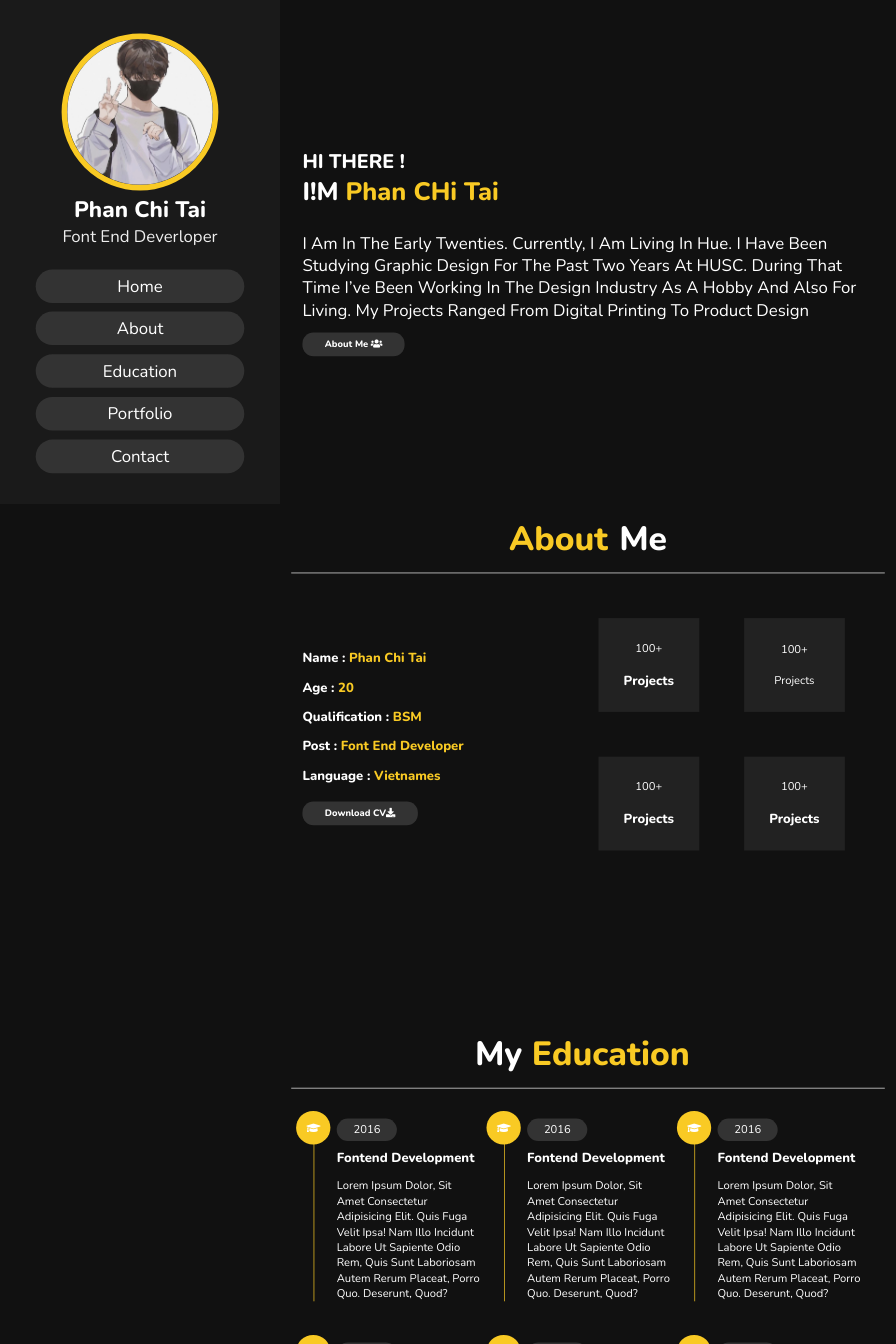
Repository: PCTai/My-profile
Page: index.html
The author's editor kept a copy of each file at every save. The page is drawn from the files as they stood at one save, then again after the next save.
The browser window is 1280 px wide. The pictures show the part of the page from y = 0 to 1920 px (the page is 2979 px tall), at 70% of full size.

Above is the page before, as saved 2022-01-12 09:25:33.

### index.html
<!DOCTYPE html>
<html lang="en">
<head>
    <meta charset="UTF-8">
    <meta http-equiv="X-UA-Compatible" content="IE=edge">
    <meta name="viewport" content="width=device-width, initial-scale=1.0">
    <link rel="preconnect" href="https://fonts.googleapis.com">
    <link rel="preconnect" href="https://fonts.gstatic.com" crossorigin>
    <link href="https://fonts.googleapis.com/css2?family=Nunito:ital,wght@0,400;0,600;0,800;1,200;1,300&display=swap" rel="stylesheet">
    <link rel="stylesheet" href="./assets/font/fontawesome-free-5.15.3-web/css/all.css">

    <link rel="stylesheet" href="./assets/css/style.css">
    <link rel="stylesheet" href="./assets/css/reponsive.css">
    <title>Document</title>
</head>
<body>
    <span class="bg-layer"> </span>
    <!-- Header start -->
    <header>
        <div class="user">
            <img src="./assets/imgs/user.jpg" alt="">
            <h3 class="name">Phan Chi Tai</h3>
            <div class="post">Font End Deverloper</div>
        </div>
        <div class="navbar">
            <ul>
                <li><a href="#home">home</a></li>
                <li><a href="#about">About</a></li>
                <li><a href="#education">Education</a></li>
                <li><a href="#portfolio">Portfolio</a></li>
                <li><a href="#contact">Contact</a></li>
            </ul>
        </div>
    </header>
    <!-- Header end -->
    <div id="menu"class="fas fa-bars">
    </div>
    <!-- start home -->
    <section id="home" class="home">

        <h3>HI THERE !</h3>
        <h1>I!M <span>Phan CHi Tai</span></h1>
        <p>I am in the early twenties. Currently, I am living in Hue. I have been studying graphic design for the past two years at  HUSC. During that time I’ve been working in the design industry as a hobby and also for living. My projects ranged from digital printing to product design</p>
        <a href="#about"> <button class="btn">About me <i class="fas fa-users"></i></button></a>


    </section>
    <!-- end home -->
    <!-- start about -->
    <section id="about" class="about">
        <div class="heading"><h1><span>About</span>Me</h1></div>
        <div class="row">
            <div class="info">
                <h3>Name : <span>Phan Chi Tai</span></h3>
                <h3>Age : <span>20</span></h3>
                <h3>Qualification : <span>BSM</span></h3>
                <h3>Post : <span>Font End Developer</span></h3>
                <h3>Language : <span>Vietnames</span></h3>
                <a href="#about"> <button class="btn">Download CV<i class="fas fa-download"></i></button></a>
            </div>
            <div class="counter">
                <div class="box">
                    <span>100+</span>
                    <br>
                    <h3>projects</h3>
                </div>
                <div class="box">
                    <span>100+</span>
                    <br>
                    <p>projects</p>
                </div>
                <div class="box">
                    <span>100+</span>
                    <br>
                    <h3>projects</h3>
                </div>
                <div class="box">
                    <span>100+</span>
                    <br>
                    <h3>projects</h3>
                </div>
            </div>
        </div>
    </section>

    <!-- end about -->
    <!-- start education -->
    <section id="education" class="education">
        <div class="heading"><h1 >My <span>Education</span></h1></div>
        <div class="container-box">
            <div class="box-e">
                <i class="fas fa-graduation-cap"></i>
                <span>2016</span>
                <h3>Fontend development</h3>
                <p>Lorem ipsum dolor, sit amet consectetur adipisicing elit. Quis fuga velit ipsa! Nam illo incidunt labore ut sapiente odio rem, quis sunt laboriosam autem rerum placeat, porro quo. Deserunt, quod?</p>
            </div>
            <div class="box-e">
                <i class="fas fa-graduation-cap"></i>
                <span>2016</span>
                <h3>Fontend development</h3>
                <p>Lorem ipsum dolor, sit amet consectetur adipisicing elit. Quis fuga velit ipsa! Nam illo incidunt labore ut sapiente odio rem, quis sunt laboriosam autem rerum placeat, porro quo. Deserunt, quod?</p>
            </div>
            <div class="box-e">
                <i class="fas fa-graduation-cap"></i>
                <span>2016</span>
                <h3>Fontend development</h3>
                <p>Lorem ipsum dolor, sit amet consectetur adipisicing elit. Quis fuga velit ipsa! Nam illo incidunt labore ut sapiente odio rem, quis sunt laboriosam autem rerum placeat, porro quo. Deserunt, quod?</p>
            </div>
            <div class="box-e">
                <i class="fas fa-graduation-cap"></i>
                <span>2016</span>
                <h3>Fontend development</h3>
                <p>Lorem ipsum dolor, sit amet consectetur adipisicing elit. Quis fuga velit ipsa! Nam illo incidunt labore ut sapiente odio rem, quis sunt laboriosam autem rerum placeat, porro quo. Deserunt, quod?</p>
            </div>
            <div class="box-e">
                <i class="fas fa-graduation-cap"></i>
                <span>2016</span>
                <h3>Fontend development</h3>
                <p>Lorem ipsum dolor, sit amet consectetur adipisicing elit. Quis fuga velit ipsa! Nam illo incidunt labore ut sapiente odio rem, quis sunt laboriosam autem rerum placeat, porro quo. Deserunt, quod?</p>
            </div>
            <div class="box-e">
                <i class="fas fa-graduation-cap"></i>
                <span>2016</span>
                <h3>Fontend development</h3>
                <p>Lorem ipsum dolor, sit amet consectetur adipisicing elit. Quis fuga velit ipsa! Nam illo incidunt labore ut sapiente odio rem, quis sunt laboriosam autem rerum placeat, porro quo. Deserunt, quod?</p>
            </div>

        </div>
    </section>
    <!-- end education -->

    <!-- start portfolio -->
    <section id="portfolio" class="portfolio">
        <div class="heading"><h1 >My <span>Portfolio</span></h1></div>
        <div class="container-box">
            <div class="box-p">
                <img src="./assets/imgs/image1.jfif" alt="">
            </div>
            <div class="box-p">
                <img src="./assets/imgs/image2.jfif" alt="">
            </div>
            <div class="box-p">
                <img src="./assets/imgs/image3.png" alt="">
            </div>
            <div class="box-p">
                <img src="./assets/imgs/image4.png" alt="">
            </div>
            <div class="box-p">
                <img src="./assets/imgs/image5.jfif" alt="">
            </div>
            <div class="box-p">
                <img src="./assets/imgs/image6.jfif" alt="">
            </div>
        </div>
    </section>
    <!-- end portfolio -->

    <script src="./app.js"></script>
</body>
</html>

### assets/css/style.css
:root{
    --yellow: #f9ca24;
}
*{
    font-family: 'Nunito', sans-serif;
    margin: 0;padding: 0;
    box-sizing: border-box;
    text-decoration: none;
    outline: none;border: none;
    text-transform: capitalize;
    transition: all .2s linear;
}
html{
    font-size: 62,5%;
    overflow: hidden;
}
::selection{
    background-color: var(--yellow);
    color: #333;

}
html::-webkit-scrollbar{
    width: 2rem;
}
html::-webkit-scrollbar-track{
    background-color: #333;
}
html::-webkit-scrollbar-thumb{
    background-color: var(--yellow);
}
body{
    padding-left: 25rem;
    background: #111;
}
header{
    position: fixed;
    top: 0;
    left: 0;
    z-index: 1000;
    height: 100%;
    display: flex;
    flex-direction: column;
    justify-content: center;
    align-items: center;
    width: 25rem;
    background-color: #1a1a1a;
}

.user img{
    margin-top: 2rem;
    height: 14rem;
    width: 14rem;
    border-radius: 50%;
    object-fit: cover;
    border: 0.5rem solid var(--yellow);

}
header .user .name{
    text-align: center;
    font-size: 2rem;
    color: #fff;
}
header .user .post{
    text-align: center;
    font-size: 1.5rem;
    color: #eee;
}
header .navbar ul{
    margin-top: 1rem;
    list-style: none;
    padding: 1rem 3rem;
}
header .navbar ul li a:hover{
    background-color: var(--yellow);
}
header .navbar ul li a{
    display: block;
    padding: 0.5rem 6rem;
   margin-bottom: 0.8rem;
   background-color: #333;
   color: #fff;
   font-size: 1.5rem;
   border-radius: 5rem;
   text-align: center;
   cursor: pointer;
}
#menu:hover{
    color: var(--yellow);
}


#menu{
    position: fixed;
    z-index: 1000;
    top: 1rem;
    right: 1rem;
    color: #fff;
    padding: 1rem;
    background-color: #222;
    font-size: 2rem;
    cursor: pointer;
}
section{
    min-height: 100vh;
    padding: 1rem;
}
/* home */
.home{
    font-size: 1.5rem;
    color: #fff;
    display: flex;
    flex-direction: column;
    padding: 0 2rem;
    justify-content: center;
}
.btn:hover{
    background-color: var(--yellow);
    cursor: pointer;
}
.btn{
    padding: 0.5rem 2rem;
    border-radius: 1rem;
    margin-top: 1rem;
    font-weight: bold;
    background-color: #333;
    color: #fff;
}
.home span{
    color: var(--yellow);
    margin-bottom: 2rem;

}
.home h1{
    margin-bottom: 2rem;

}
/* about */
.about , .education,.portfolio{
    color: #fff;

}
.heading{
    font-size: 2rem;
    text-align: center;
    padding: 1rem;
    border-bottom: 0.1rem solid #eee;

}
.heading span{
    color: var(--yellow);
    padding-right: 1rem;
}
.info{
    flex: 1 1 45%;
    padding: 1rem;
    padding-left: 1rem;

}
.info span{
    color: var(--yellow);
}
.info h3{
    padding: 0.5rem 0;
}
.row{
    margin-top: 2rem;
    display: flex;
    justify-content: center;
    align-items: center;
    flex-wrap: wrap;

}
.counter{
    flex:1 1 55%;
    width: 55%;
    justify-content: center;
    display: flex;
    flex-wrap: wrap;

}
.box{
    background-color: #222;
    width: 7.5rem;
    padding: 2rem 0;
    text-align: center;
    margin: 0.5rem;
    display: flex;
    flex-direction: column;
    align-items: center;
    justify-content: center;

}

/* education */
.container-box{
    padding-left: 2rem;
    margin-top: 3rem;
    display: flex;
    flex-wrap: wrap;

}
.box-e{
    flex:33.33%;
    border-left: 0.1rem solid var(--yellow);
    padding: 0 2rem;
    margin-bottom: 4rem;
    position: relative;
}
.box-e span{
    height: 1rem;
    padding:  0.3rem 1.5rem;
    background-color: #333;
    border-radius: 3rem;
}
.box-e h3{
    margin: 1rem 0;
}
.box-e i{
    position: absolute;
    left: -1.6rem;
    top: -1rem;
    padding: 1rem 0.9rem;
    border-radius: 50%;
    background-color: var(--yellow);
    text-align: center;

}
/* portfolio */
.box-p{
    flex:33.33%;
    padding: 0 2rem;

}
.box-p img{
    width: 100%;
    height: 80%;
}

### assets/css/reponsive.css

@media (min-width:1200px){
    #menu{
        display: none;
    }
    .box{
        width: 15rem;
        margin: 2rem;
    }
    html{
        font-size: 100%;
    }
    .about{
        padding: 0 1rem;
    }

}
@media (min-width:1024px){
    #menu{
        display: none;
    }
    .box{
        width: 9rem;
    }
    header{
        left: 0% !important;
    }
    .box-p{
        flex:33.33%;
        padding: 0 2rem;

    }
}
@media (min-width:1024px) and (max-width:1125px){
    .box-e{
        flex:49%;
    }
    .box-p{
        flex:49%;
    }
}
@media (max-width:1024px){
    header{
        left: -125%;
    }
    body{
        padding: 0 2rem;
    }
    #menu{
        display: block;
    }
    .box{
        width: 9rem;
        margin: 1.5rem;
    }
}
@media (max-width:486px){

    section{
        width: 100%;
        font-size: 60%;
        padding: 2rem 0;
        margin: 0;
    }
    header{

        width: 100vw;
    }
    .toggle{
        left: -125% ;
    }
   .info,.counter{
        width: 100%;
   }
   .about{
       font-size: 80%;
   }
   .heading{
       font-size: 1.4rem;
   }
   .box{
    width: 100%;
    margin: 1rem 0;
    }
    .box-p{
        flex: 100% !important;
    }
}

@media (max-width:745px){
    .box-e{
        flex: 100%;
    }

}
@media (max-width:939px){
    .row{
        flex-direction: column;
    }
    .info,.counter{
        width: 100%;
   }
   .box-e{
        flex:49%;
    }
    .box-p{
        flex:49%;
    }
}

### app.js

var menu=document.getElementById('menu');
var header=document.querySelector('header');
menu.onclick=function(e){
    if(this.className=='fas fa-bars'){
        this.classList.remove('fa-bars');
        this.classList.add('fa-times');
        header.style='left:0%';
    }
    else{
        this.classList.remove('fa-times');
        this.classList.add('fa-bars');
        header.style='left:-125%';
    }
};
var section = document.querySelectorAll('section');
for(var i=0 ; i<section.length;i++){
    // console.log(section[i]);
    section[i].onclick =function(){
        if(screen.width<'1024'){
            header.style='left:-125%';
            menu.classList.remove('fa-times');
            menu.classList.add('fa-bars');
        }

    }

}

var navbar = document.querySelectorAll('header .navbar ul li a');
for(var i=0 ; i<navbar.length;i++){
    // console.log(section[i]);
    navbar[i].onclick =function(){
        if(screen.width<'1024'){
            header.style='left:-125%';
            menu.classList.remove('fa-times');
            menu.classList.add('fa-bars');
        }

    }

}

Loaded but not shown: assets/font/fontawesome-free-5.15.3-web/css/all.css (library)

After the next save:
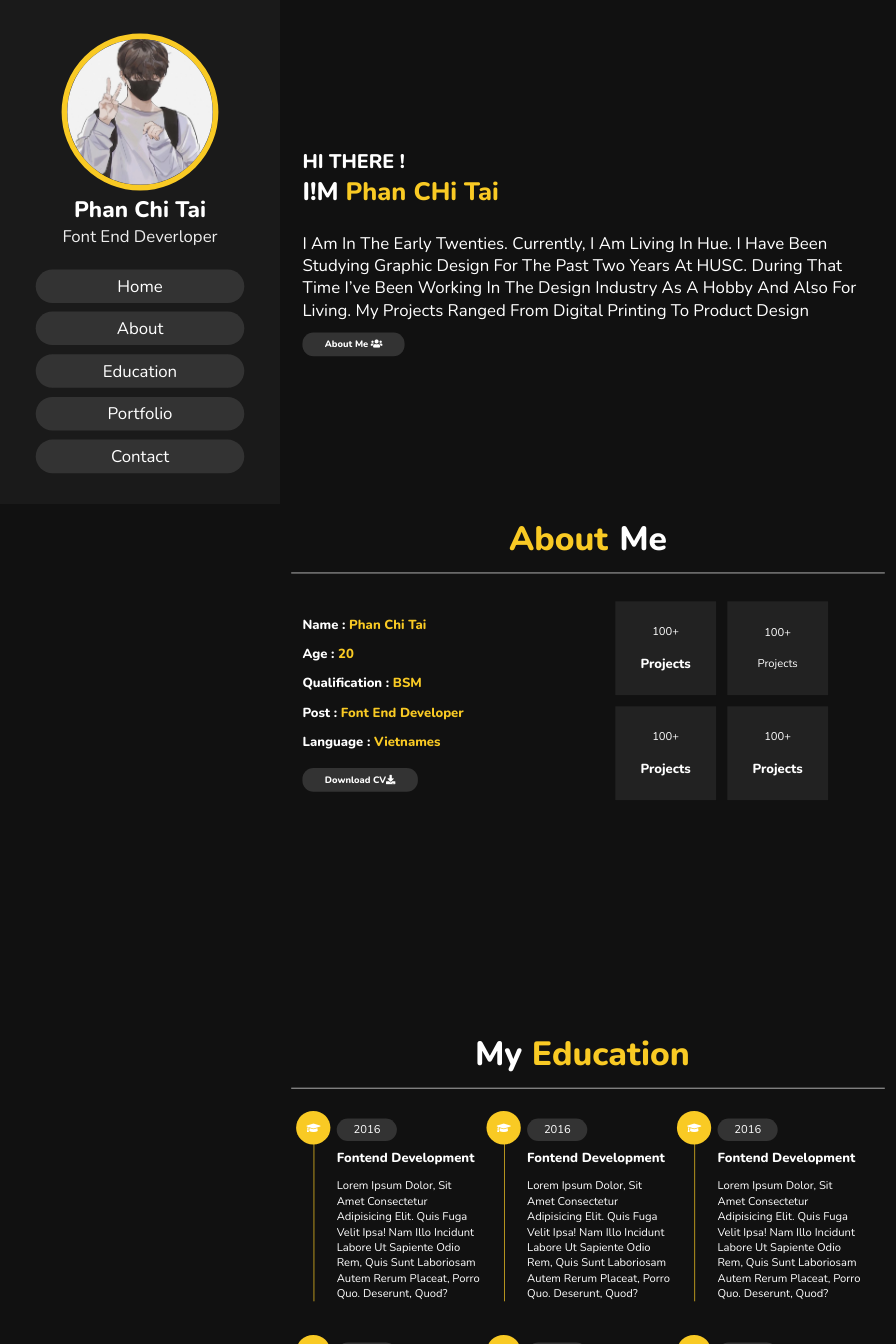
Saved 36 s later.
--- a/assets/css/reponsive.css
+++ b/assets/css/reponsive.css
@@ -3,7 +3,7 @@
     #menu{
         display: none;
     }
-    .box{
+    .counter.box{
         width: 15rem;
         margin: 2rem;
     }

After the save that followed:
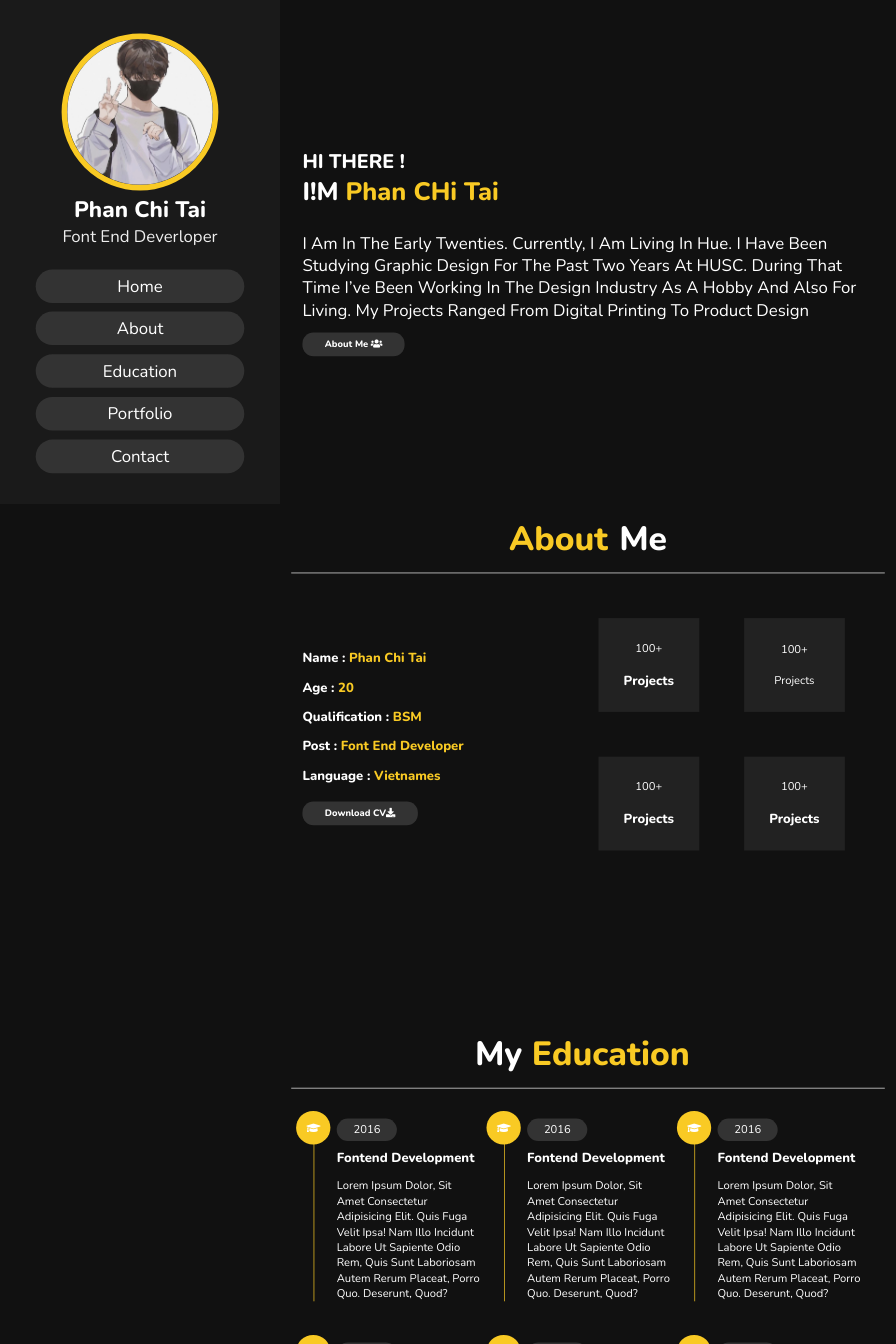
Saved 16 s later.
--- a/assets/css/reponsive.css
+++ b/assets/css/reponsive.css
@@ -3,7 +3,7 @@
     #menu{
         display: none;
     }
-    .counter.box{
+    .box{
         width: 15rem;
         margin: 2rem;
     }
